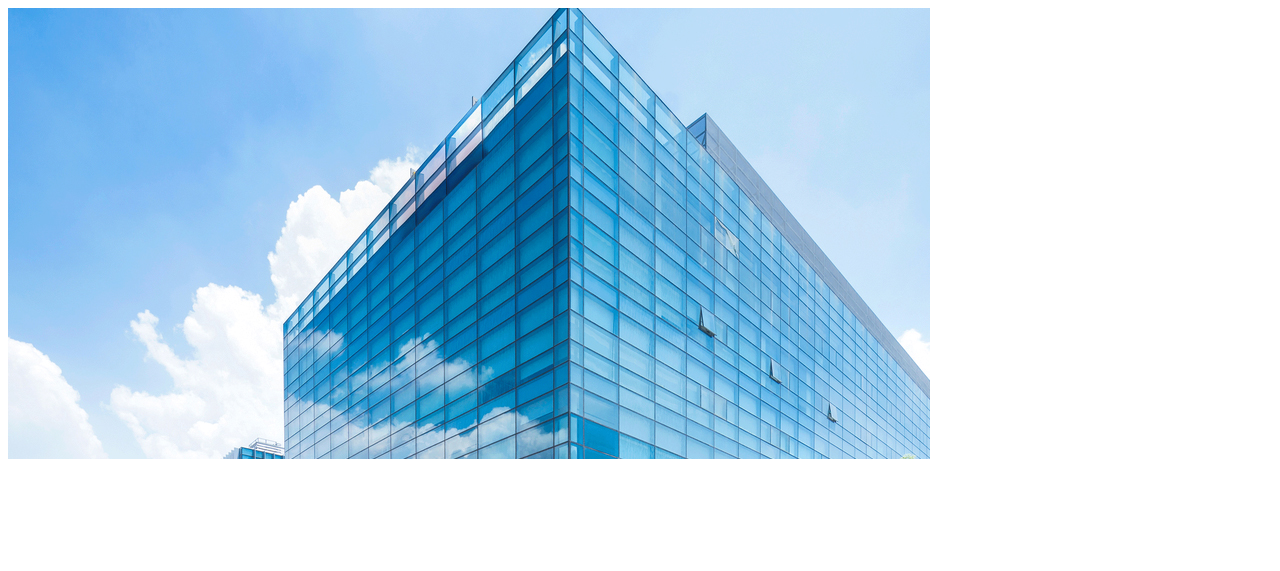
Repository: fixbb/workspace
Page: 010布局与选择器/index.html
An editor plug-in stored every save of this project. The page is shown before and after the next save, followed by the edit.
The browser window is 1280 px wide. The pictures show the whole page.

Above is the page before, as saved 2021-08-26 11:09:41.

### 010布局与选择器/index.html
<!DOCTYPE html>
<html lang="en">
<head>
    <meta charset="UTF-8">
    <meta http-equiv="X-UA-Compatible" content="IE=edge">
    <meta name="viewport" content="width=device-width, initial-scale=1.0">
    <title>Document</title>
</head>
<body>
    <!-- banner: 横幅 navigation: 导航 bottom: 底部
        div容器的特点：一个空的div，默认宽度为100%，高度为0
    -->
    <div id="banner">
        <img src="./imgs/1.jpg">
    </div>
    <div id="navigation"></div>
    <div id="bottom"></div>
</body>
</html>

After the next save:
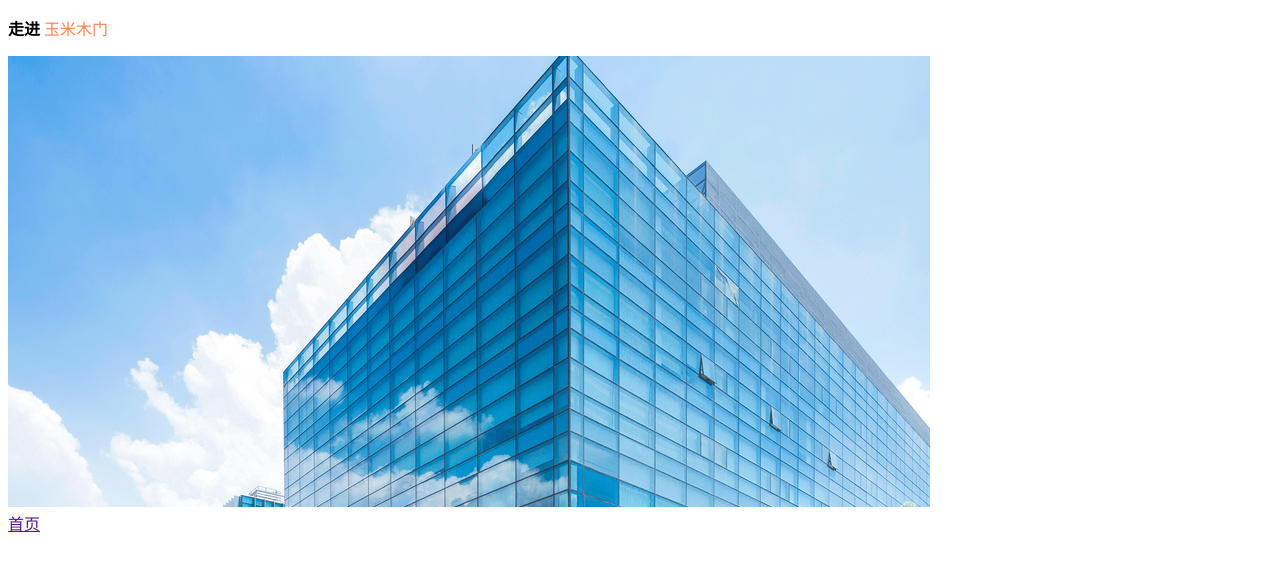
Saved 7 min 38 s later.
--- a/010布局与选择器/index.html
+++ b/010布局与选择器/index.html
@@ -1,19 +1,38 @@
 <!DOCTYPE html>
 <html lang="en">
+
 <head>
     <meta charset="UTF-8">
     <meta http-equiv="X-UA-Compatible" content="IE=edge">
     <meta name="viewport" content="width=device-width, initial-scale=1.0">
     <title>Document</title>
 </head>
+
 <body>
     <!-- banner: 横幅 navigation: 导航 bottom: 底部
         div容器的特点：一个空的div，默认宽度为100%，高度为0
     -->
     <div id="banner">
+        <p>
+            <b>
+                走进
+            </b>
+            <span style="color: coral;">
+                玉米木门
+            </span>
+        </p>
         <img src="./imgs/1.jpg">
     </div>
-    <div id="navigation"></div>
+    <div id="navigation">
+        <a href="">首页</a>
+        <a href=""></a>
+        <a href=""></a>
+        <a href=""></a>
+        <a href=""></a>
+        <a href=""></a>
+        <a href=""></a>
+    </div>
     <div id="bottom"></div>
 </body>
+
 </html>
